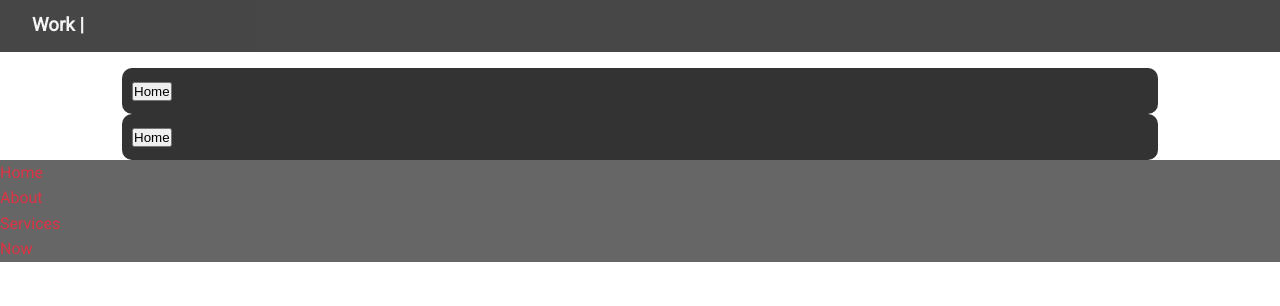
Repository: mxhdiqaim/lenviteck
Page: dist/index.html
An editor plug-in stored every save of this project. The page is shown before and after the next save, followed by the edit.
The browser window is 1280 px wide. The pictures show the whole page.
Some web libraries are served in a nearby version. The style sheet was rebuilt from its Sass, Less or Tailwind sources for each picture, by a compiler version that may differ from the author's.

Above is the page before, as saved 2021-04-11 22:45:55.

### dist/index.html
<!DOCTYPE html>
<html lang="en">
<head>
    <meta charset="UTF-8">
    <meta http-equiv="X-UA-Compatible" content="IE=edge">
    <meta name="viewport" content="width=device-width, initial-scale=1.0">
    <link rel="stylesheet" href="./styles/main.css">
    <link rel="stylesheet" href="https://pro.fontawesome.com/releases/v5.10.0/css/all.css"
    integrity="sha384-AYmEC3Yw5cVb3ZcuHtOA93w35dYTsvhLPVnYs9eStHfGJvOvKxVfELGroGkvsg+p" crossorigin="anonymous" />
    <title>Shop Work</title>
</head>
<body>

  <section class="content">
    <nav class="navbar bg-dark">
        <div class="logo">
            <h1>Work <span>|</span></h1>
        </div>
    </nav>


    <section class="container">
       <div class="works-list">
           <button>Home</button>
           <ul>
               <li>Home</li>
               <li>Home</li>
               <li>Home</li>
               <li>Home</li>
               <li>Home</li>
           </ul>
       </div>
       <div class="works-list">
        <button>Home</button>
        <ul>
            <li>Home</li>
            <li>Home</li>
            <li>Home</li>
            <li>Home</li>
            <li>Home</li>
        </ul>
    </div>
    </section>
</section>
    <footer>
        <ul>
            <li><a href="#">Home</a></li>
            <li><a href="#">About</a></li>
            <li><a href="#">Services</a></li>
            <li><a href="#">Now</a></li>
        </ul>
    </footer>
</body>
</html>

### dist/styles/main.scss
// Import
@import url('https://fonts.googleapis.com/css?family=Roboto');

// Global variables
$primary-color: #dc3545;
$dark-color: #333333;
$light-color: #f4f4f4;
$danger-color: #dc3545;
$success-color: #28a745;

* {
  padding: 0;
  margin: 0;
  box-sizing: border-box;
}

body {
  font-family: 'Roboto', sans-serif;
  font-size: 1rem;
  line-height: 1.6;
  background-color: #fff;
  color: #333;
}

a {
  color: $primary-color;
  text-decoration: none;

  &:hover {
    color: #666;
  }
}

ul {
  list-style: none;
}

img {
  width: 100%;
}

.container {
  max-width: 1100px;
  margin: auto;
  overflow: hidden;
  padding: 0 2rem;
  cursor: pointer;

  div {
    padding: 10px;
    background: $dark-color;
    color: $light-color   ;
    border-radius: 10px;

    ul {
      transition: display 1s ease;
      padding: 10px;
      display: none;
      }
    }
}

.works-list button:focus + ul {
  display: block;

}


// cards

.card {
  padding: 1rem;
  border: #ccc 1px dotted;
  margin: 0.7rem 0;
}

.btn {
  display: inline-block;
  background: light-color;
  color: #333;
  padding: 0.4rem 1.3rem;
  font-size: 1rem;
  border: none;
  cursor: pointer;
  margin-right: 0.5rem;
  transition: opacity 0.2s ease-in;
  outline: none;
}




.navbar {
  display: flex;
  justify-content: space-between;
  align-items: center;
  padding: 0.7rem 2rem;
  z-index: 1;
  width: 100%;
  background: $dark-color;
  opacity: 0.9;
  color: $light-color;
  margin-bottom: 1rem;
}

.navbar ul {
  display: flex;
}

.navbar a {
  color: #fff;
  padding: 0.45rem;
  margin: 0 0.25rem;
}

.navbar a:hover {
  color: $light-color;
}


// Footer
footer {
  background: lighten($dark-color, 20);
 display: flex;
}

After the next save:
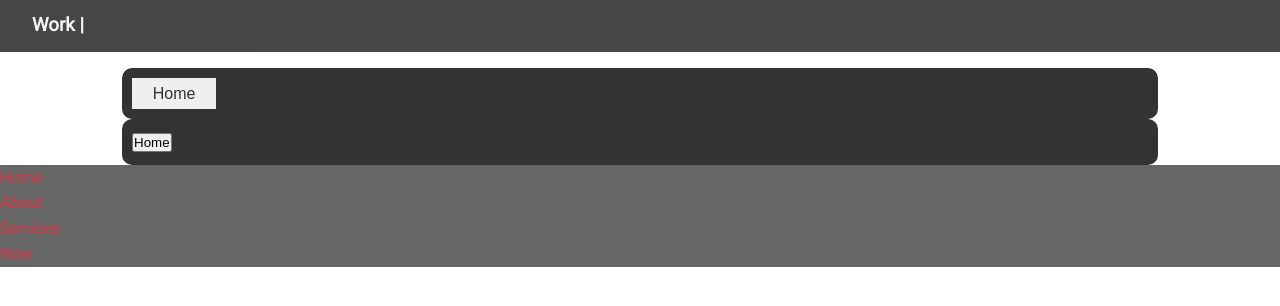
Saved 27 s later.
--- a/dist/index.html
+++ b/dist/index.html
@@ -21,7 +21,7 @@
 
     <section class="container">
        <div class="works-list">
-           <button>Home</button>
+           <button class="btn btn-dark">Home</button>
            <ul>
                <li>Home</li>
                <li>Home</li>
